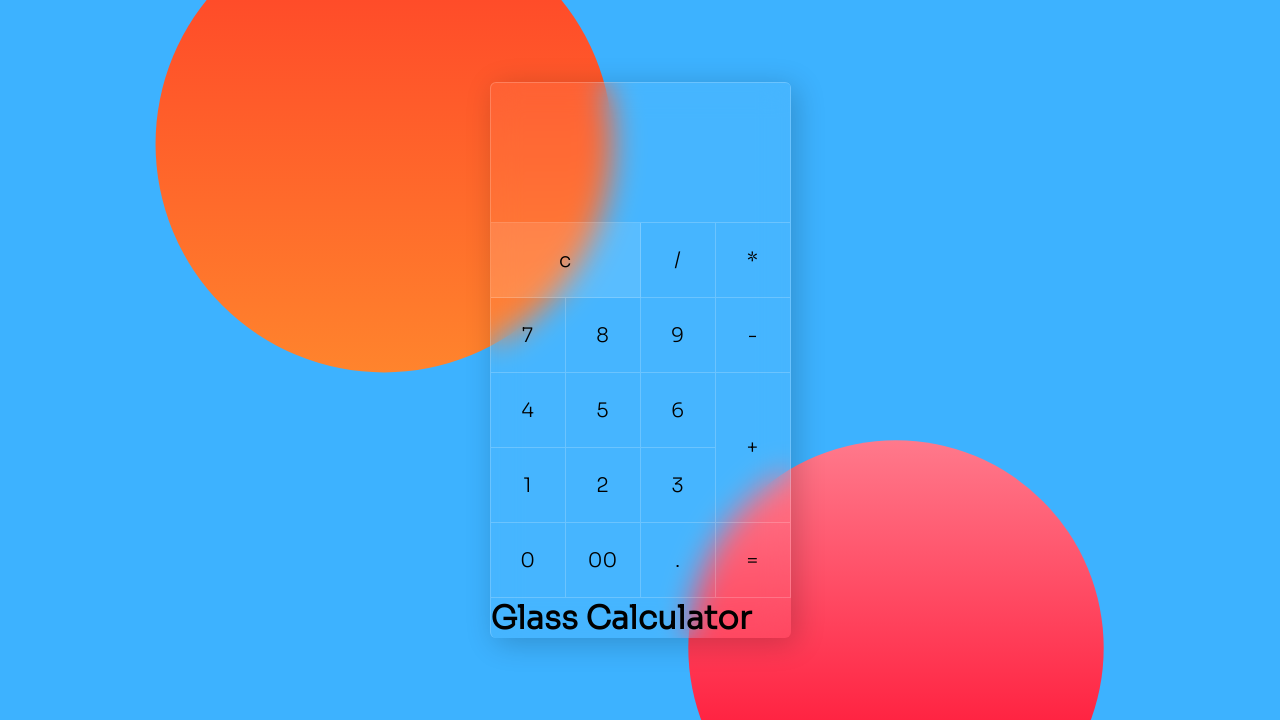
Repository: tharunkumaar404/Glass-Calci
Page: index.html
The author's editor kept a copy of each file at every save. The page is drawn from the files as they stood at one save, then again after the next save.
The browser window is 1280 px wide. The pictures show the whole page.

Above is the page before, as saved 2021-08-26 15:13:27.

After the next save:
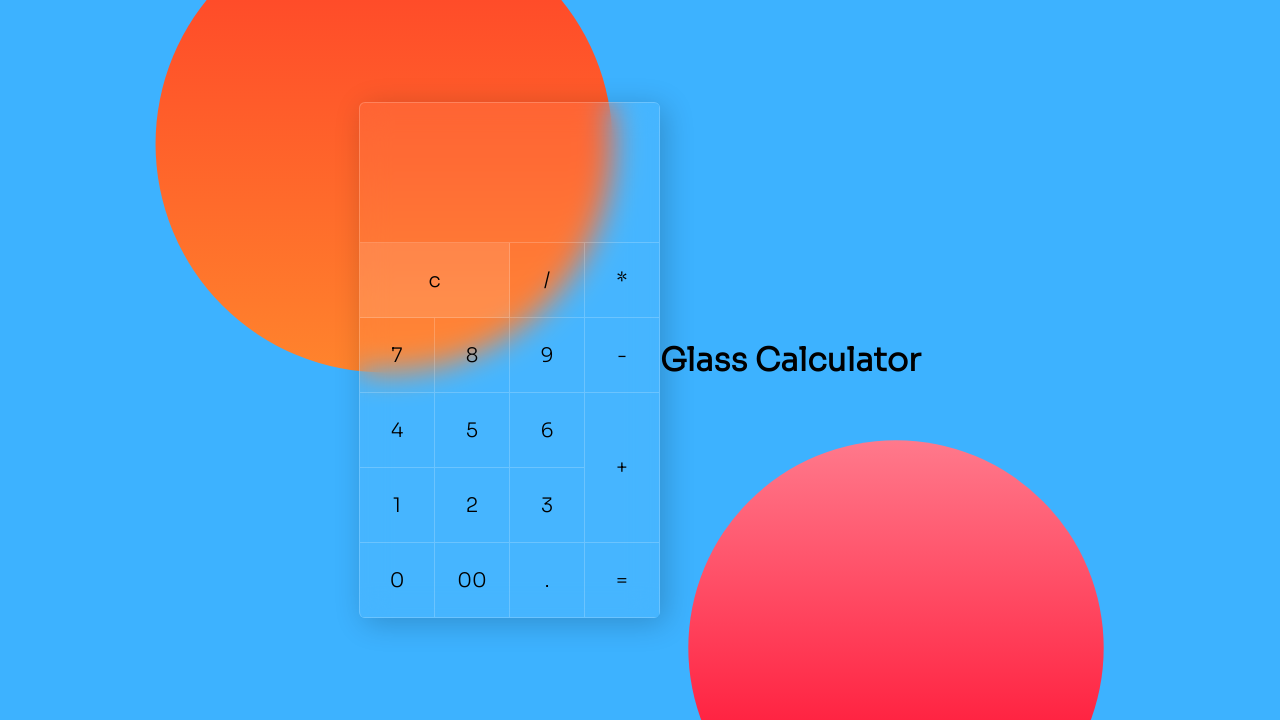
Saved 19 s later.
--- a/index.html
+++ b/index.html
@@ -30,8 +30,8 @@
             <span class="num" onclick="document.calc.txt.value +='.'"">.</span>
             <span class="num equal" onclick="document.calc.txt.value =eval(calc.txt.value)">=</span>
         </form>
-        <h1>Glass Calculator</h1>
     </div>
+    <h1>Glass Calculator</h1>
     <script type="text/javascript" src="vanilla-tilt.js"></script>
     <script type="text/javascript">
     	VanillaTilt.init(document.querySelector(".container"), {
